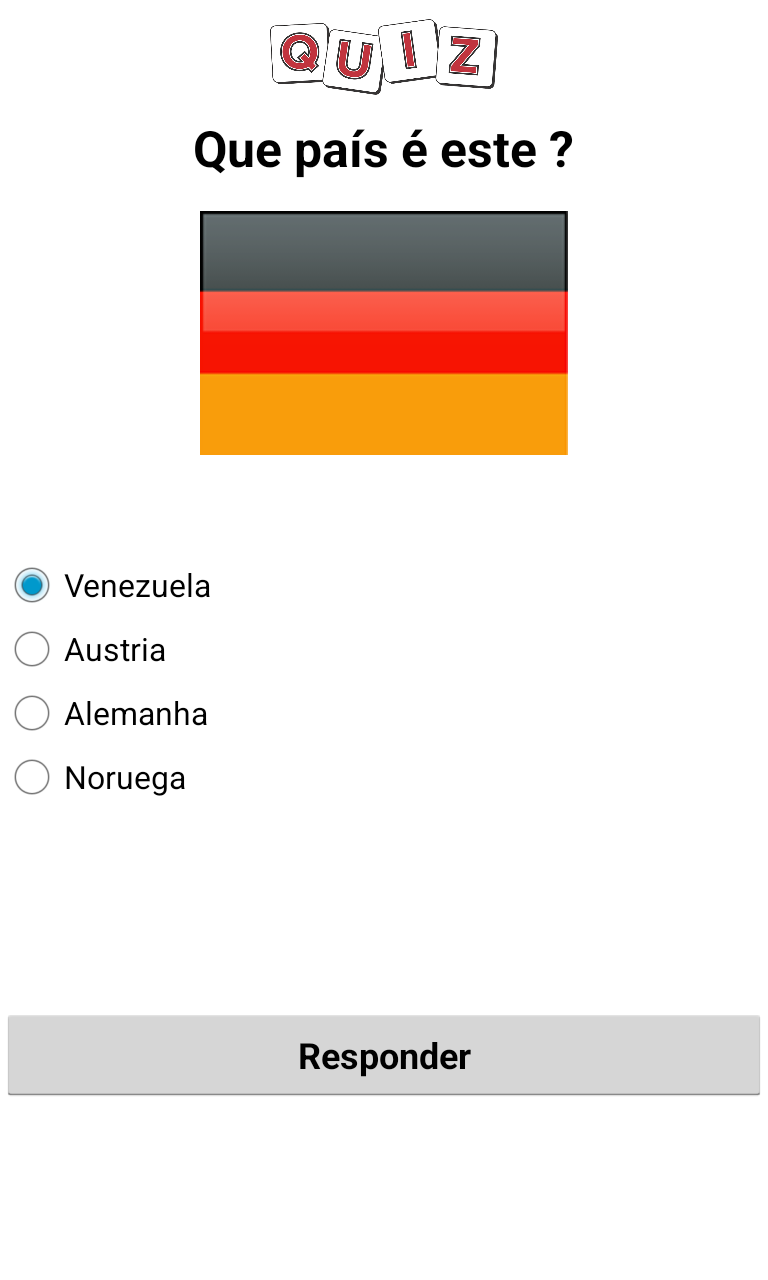
Repository: Rennanxp2/AndroidQuiz
Layout: Quiz Bandeiras Android/Quiz/res/layout/activity_quiz3.xml
The author's editor kept a copy of each file at every save. The layout is drawn from the files as they stood at one save, then again after the next save.
It is drawn on a 768 x 1280 px phone screen (xhdpi) without system bars, with theme AppTheme; the app's code is not run.

Above is the layout before, as saved 2017-10-22 03:32:16.

After the next save:
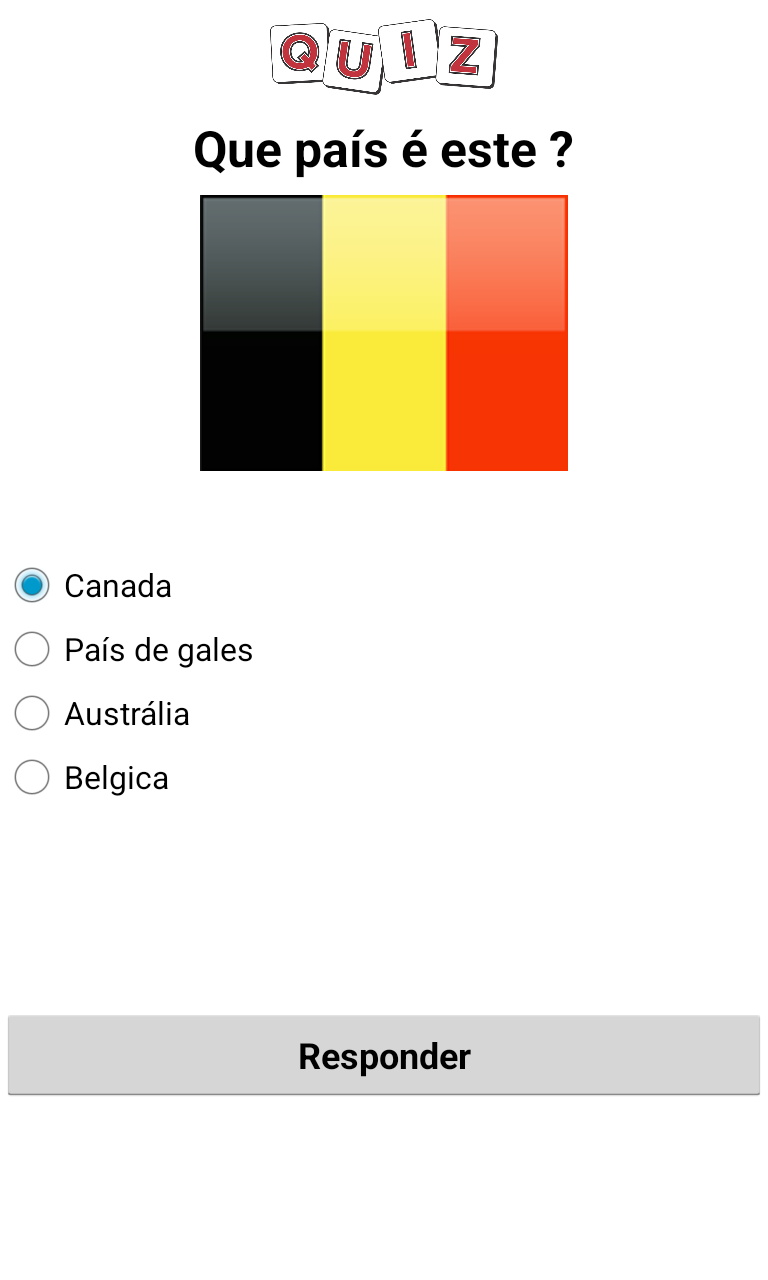
Saved 89 s later.
--- a/Quiz Bandeiras Android/Quiz/res/layout/activity_quiz3.xml
+++ b/Quiz Bandeiras Android/Quiz/res/layout/activity_quiz3.xml
@@ -49,7 +49,7 @@
             android:layout_width="184dp"
             android:layout_height="152dp"
             android:layout_gravity="center"
-            android:src="@drawable/alemanha" />
+            android:src="@drawable/belgica" />
     </LinearLayout>
 
     <RelativeLayout
@@ -69,25 +69,25 @@
                 android:layout_width="wrap_content"
                 android:layout_height="wrap_content"
                 android:checked="true"
-                android:text="Venezuela" />
+                android:text="Canada" />
 
             <RadioButton
                 android:id="@+id/rbResposta2"
                 android:layout_width="wrap_content"
                 android:layout_height="wrap_content"
-                android:text="Austria" />
+                android:text="País de gales" />
 
             <RadioButton
                 android:id="@+id/rbResposta3"
                 android:layout_width="wrap_content"
                 android:layout_height="wrap_content"
-                android:text="Alemanha" />
+                android:text="Austrália" />
 
             <RadioButton
                 android:id="@+id/rbResposta4"
                 android:layout_width="wrap_content"
                 android:layout_height="wrap_content"
-                android:text="Noruega" />
+                android:text="Belgica" />
         </RadioGroup>
 
     </RelativeLayout>
